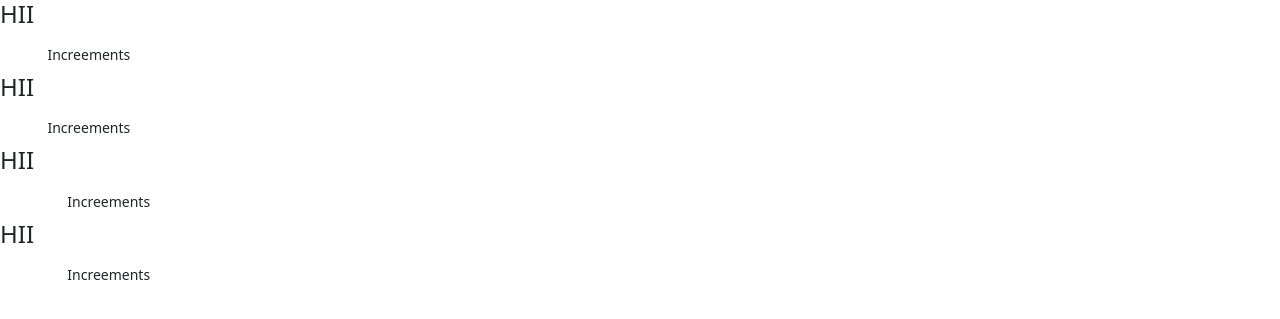
Repository: atulbihari94/counter-app
Page: / (app in counter-app/)
These files come from the project's save history. The page is drawn as it stood at one moment and after the next save; the edit follows.
The browser window is 1280 px wide. The pictures show the whole page.
The project was rebuilt for these pictures with package versions that can differ from the ones it lists, and the page was loaded fresh each time.

Above is the page before, as saved 2019-09-26 23:31:20.

### counter-app/src/index.js
import React from 'react';
import ReactDOM from 'react-dom';
import './index.css';
// import App from './App';
import * as serviceWorker from './serviceWorker';
import 'bootstrap/dist/css/bootstrap.css' ;
import Counters from './components/counters'

ReactDOM.render(<Counters />, document.getElementById('root'));
serviceWorker.unregister();

### counter-app/src/components/counters.jsx
import React, { Component } from "react";
import Counter from "./counter";

class Counters extends Component {
  state = {
    counters: [
      { id: 1, value: 4 },
      { id: 2, value: 1 },
      { id: 3, value: 0 },
      { id: 4, value: 0 }
    ]
  };
  render() {
    return (
      <div>
        {this.state.counters.map(counter => (
          <Counter key={counter.id} value={counter.value}>
          <h4>HII</h4>
          </Counter>
        ))}
      </div>
    );
  }
}

export default Counters;

### counter-app/src/components/counter.jsx
import React, { Component } from "react";
class Counter extends Component {

  state = {
    value: this.props.value,
  };
  handleIncreement = product => {
    this.setState({value:this.state.value + 1})
  }
  render() {
    console.log('props',this.props);
    return (
      <div>
        {this.props.children}
        <span className={this.getBadgeClasses()}>{this.formatCount()}</span>
        <button
          onClick={ () => this.handleIncreement()}
          className="btn btn-secondry btn-sm"
        >
          Increements
        </button>
      </div>
    );
  }
  getBadgeClasses() {
    let classes = "badge m-2 badge-";
    classes += this.state.value === 0 ? "warning" : "primary";
    return classes;
  }

  formatCount() {
    const { value: count } = this.state;
    return count === 0 ? "Zero" : count;
  }
}

export default Counter;

Loaded but not shown: counter-app/public/index.html (common file); counter-app/src/index.css (common file); counter-app/src/serviceWorker.js (common file)

After the next save:
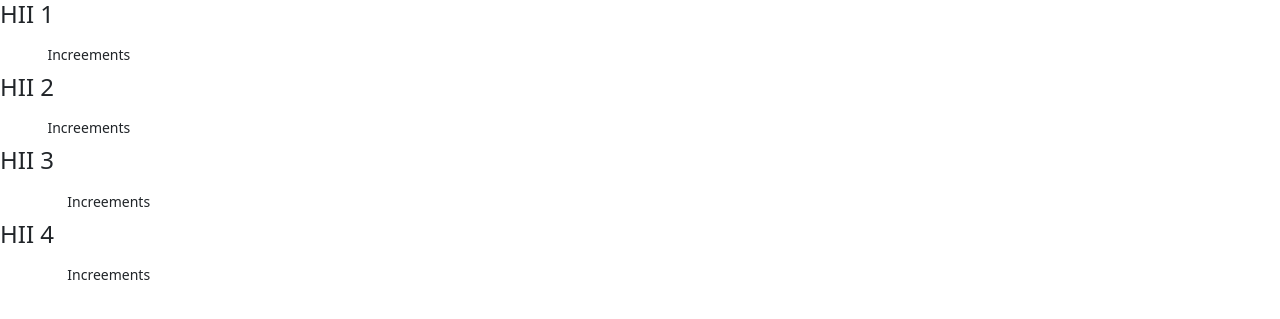
Saved 81 s later.
--- a/counter-app/src/components/counters.jsx
+++ b/counter-app/src/components/counters.jsx
@@ -15,7 +15,7 @@ class Counters extends Component {
       <div>
         {this.state.counters.map(counter => (
           <Counter key={counter.id} value={counter.value}>
-          <h4>HII</h4>
+          <h4>HII {counter.id}</h4>
           </Counter>
         ))}
       </div>
